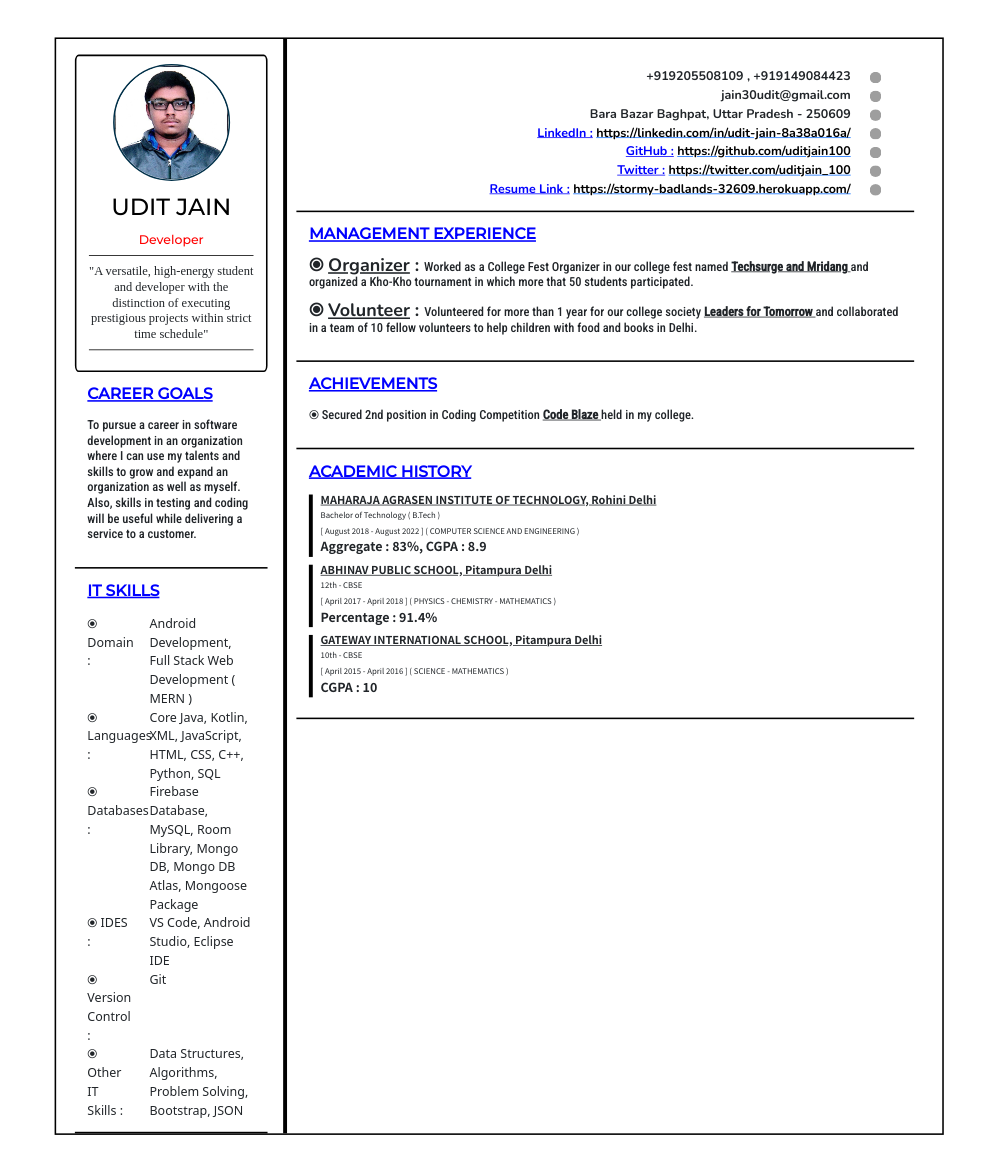
Repository: uditjain100/Resume
Page: app.html
The author's editor kept a copy of each file at every save. The page is drawn from the files as they stood at one save, then again after the next save.
The browser window is 1280 px wide. The pictures show the whole page, at 78% of full size.
Pictures or frames that could not be fetched are drawn as grey boxes. Some web fonts or font styles are not loaded; a fallback is used.

Above is the page before, as saved 2021-05-27 18:21:08.

### app.html
<!DOCTYPE html>
<html lang="en">
	<head>
		<meta charset="UTF-8" />
		<meta http-equiv="X-UA-Compatible" content="IE=edge" />
		<meta name="viewport" content="width=device-width, initial-scale=1.0" />
		<title>RESUME : Udit Jain</title>
		<link rel="stylesheet" href="app.css" />
		<script
			src="https://code.jquery.com/jquery-3.5.1.min.js"
			integrity="sha256-9/aliU8dGd2tb6OSsuzixeV4y/faTqgFtohetphbbj0="
			crossorigin="anonymous"
		></script>
		<link
			href="https://cdn.jsdelivr.net/npm/bootstrap@5.0.0-beta1/dist/css/bootstrap.min.css"
			rel="stylesheet"
			integrity="sha384-giJF6kkoqNQ00vy+HMDP7azOuL0xtbfIcaT9wjKHr8RbDVddVHyTfAAsrekwKmP1"
			crossorigin="anonymous"
		/>

		<link rel="preconnect" href="https://fonts.gstatic.com" />
		<link
			href="https://fonts.googleapis.com/css2?family=Montserrat:wght@300;500&display=swap"
			rel="stylesheet"
		/>
		<link
			href="https://fonts.googleapis.com/css2?family=Roboto+Condensed:wght@500&display=swap"
			rel="stylesheet"
		/>
		<link
			href="https://fonts.googleapis.com/css2?family=Spartan:wght@500&display=swap"
			rel="stylesheet"
		/>
		<link
			href="https://fonts.googleapis.com/css2?family=Red+Hat+Display&display=swap"
			rel="stylesheet"
		/>
		<link
			href="https://fonts.googleapis.com/css2?family=Ubuntu:wght@300&display=swap"
			rel="stylesheet"
		/>
		<link
			href="https://fonts.googleapis.com/css2?family=Quicksand:wght@700&display=swap"
			rel="stylesheet"
		/>
		<link
			href="https://fonts.googleapis.com/css2?family=Nunito:wght@700&display=swap"
			rel="stylesheet"
		/>
		<link
			href="https://fonts.googleapis.com/css2?family=Akaya+Kanadaka&display=swap"
			rel="stylesheet"
		/>
		<link
			href="https://fonts.googleapis.com/css2?family=Poppins:wght@400&display=swap"
			rel="stylesheet"
		/>
		<link
			href="https://fonts.googleapis.com/css2?family=Noto+Sans+JP&display=swap"
			rel="stylesheet"
		/>
	</head>
	<body>
		<main class="container row my-5 mx-auto" id="wholewindow">
			<section id="leftwindow" class="col-3">
				<article id="namebox">
					<img
						id="profileimg"
						src="profile.jpg"
						class="card-img-top"
						alt="..."
					/>
					<div class="card-body">
						<h3
							class="card-title"
							style="
								color: black;
								text-decoration: none;
								font-size: 30px;
								font-weight: 400;
							"
						>
							UDIT JAIN
						</h3>
						<h6 class="card-subtitle mx-auto">Developer</h6>
						<p id="summary">
							"A versatile, high-energy student and developer with the
							distinction of executing prestigious projects within strict time
							schedule"
						</p>
					</div>
				</article>
				<article class="card-body" id="goalbox">
					<h3 class="card-title">CAREER GOALS</h3>
					<p>
						To pursue a career in software development in an organization where
						I can use my talents and skills to grow and expand an organization
						as well as myself. Also, skills in testing and coding will be useful
						while delivering a service to a customer.
					</p>
				</article>
				<article id="itskillsbox">
					<div class="card-body">
						<h3 class="card-title">IT SKILLS</h3>
						<ul class="list-group">
							<li id="itskillsitem" class="row">
								<span class="col-4" id="que">⦿ Domain : </span>
								<span class="col-8" id="ans"
									>Android Development, Full Stack Web Development ( MERN
									)</span
								>
							</li>
							<li id="itskillsitem" class="row">
								<span class="col-4" id="que">⦿ Languages : </span>
								<span class="col-8" id="ans"
									>Core Java, Kotlin, XML, JavaScript, HTML, CSS, C++, Python,
									SQL</span
								>
							</li>
							<li id="itskillsitem" class="row">
								<span class="col-4" id="que">⦿ Databases : </span>
								<span class="col-8" id="ans"
									>Firebase Database, MySQL, Room Library, Mongo DB, Mongo DB
									Atlas, Mongoose Package</span
								>
							</li>
							<li id="itskillsitem" class="row">
								<span class="col-4" id="que">⦿ IDES : </span>
								<span class="col-8" id="ans"
									>VS Code, Android Studio, Eclipse IDE</span
								>
							</li>
							<li id="itskillsitem" class="row">
								<span class="col-4" id="que">⦿ Version Control : </span>
								<span class="col-8" id="ans">Git</span>
							</li>
							<li id="itskillsitem" class="row">
								<span class="col-4" id="que">⦿ Other IT Skills : </span>
								<span class="col-8" id="ans"
									>Data Structures, Algorithms, Problem Solving, Bootstrap,
									JSON</span
								>
							</li>
						</ul>
					</div>
				</article>
			</section>
			<section id="rightwindow" class="col-9">
				<article class="card-body" id="contactbox">
					<ul class="list-group">
						<li id="contactitem" class="row">
							<div class="col-11">+919205508109 , +919149084423</div>
							<div class="col-1">
								<img
									src="https://cdn.jsdelivr.net/npm/simple-icons@3.0.1/icons/android.svg"
									alt=""
								/>
							</div>
						</li>
						<li id="contactitem" class="row">
							<div class="col-11">jain30udit@gmail.com</div>
							<div class="col-1">
								<img
									src="https://cdn.jsdelivr.net/npm/simple-icons@3.0.1/icons/gmail.svg"
									alt=""
								/>
							</div>
						</li>
						<li id="contactitem" class="row">
							<div class="col-11">
								Bara Bazar Baghpat, Uttar Pradesh - 250609
							</div>
							<div class="col-1">
								<img
									src="https://cdn.jsdelivr.net/npm/simple-icons@3.0.1/icons/googlemaps.svg"
									alt=""
								/>
							</div>
						</li>
						<li id="contactitem" class="row">
							<div class="col-11">
								<span>LinkedIn :</span>
								<a href="https://linkedin.com/in/udit-jain-8a38a016a/"
									><span id="link"
										>https://linkedin.com/in/udit-jain-8a38a016a/</span
									></a
								>
							</div>
							<div class="col-1">
								<img
									src="https://cdn.jsdelivr.net/npm/simple-icons@4.13.0/icons/linkedin.svg"
									alt=""
								/>
							</div>
						</li>
						<li id="contactitem" class="row">
							<div class="col-11">
								<span>GitHub :</span>
								<a href="https://github.com/uditjain100"
									><span id="link">https://github.com/uditjain100</span></a
								>
							</div>
							<div class="col-1">
								<img
									src="https://cdn.jsdelivr.net/npm/simple-icons@4.13.0/icons/github.svg"
									alt=""
								/>
							</div>
						</li>
						<li id="contactitem" class="row">
							<div class="col-11">
								<span>Twitter :</span>
								<a href="https://twitter.com/uditjain_100"
									><span id="link">https://twitter.com/uditjain_100</span></a
								>
							</div>
							<div class="col-1">
								<img
									src="https://cdn.jsdelivr.net/npm/simple-icons@4.13.0/icons/twitter.svg"
									alt=""
								/>
							</div>
						</li>
						<li id="contactitem" class="row">
							<div class="col-11">
								<span>Resume Link :</span>
								<a href="https://stormy-badlands-32609.herokuapp.com/"
									><span id="link"
										>https://stormy-badlands-32609.herokuapp.com/</span
									></a
								>
							</div>
							<div class="col-1">
								<img
									src="https://cdn.jsdelivr.net/npm/simple-icons@4.13.0/icons/webpack.svg"
									alt=""
								/>
							</div>
						</li>
					</ul>
				</article>

				<article class="card-body" id="managementskillsbox">
					<h3 class="card-title">MANAGEMENT EXPERIENCE</h3>
					<ul class="list-group">
						<li id="managementskillsitem">
							<p>
								<span id="tag">⦿ <span>Organizer</span> : </span>
								Worked as a College Fest Organizer in our college fest named
								<span style="font-weight: 700; text-decoration: underline"
									>Techsurge and Mridang
								</span>
								and organized a Kho-Kho tournament in which more that 50
								students participated.
							</p>
						</li>
						<li id="managementskillsitem">
							<p>
								<span id="tag">⦿ <span>Volunteer</span> : </span>
								Volunteered for more than 1 year for our college society
								<span style="font-weight: 700; text-decoration: underline"
									>Leaders for Tomorrow </span
								>and collaborated in a team of 10 fellow volunteers to help
								children with food and books in Delhi.
							</p>
						</li>
					</ul>
				</article>

				<article class="card-body" id="achievementsbox">
					<h3 class="card-title">ACHIEVEMENTS</h3>
					<ul class="list-group">
						<li id="achievementitem" class="row">
							<p>
								⦿ Secured 2nd position in Coding Competition
								<span style="font-weight: 700; text-decoration: underline"
									>Code Blaze
								</span>
								held in my college.
							</p>
						</li>
					</ul>
				</article>

				<article class="card-body" id="educationbox">
					<h3 class="card-title">ACADEMIC HISTORY</h3>
					<ul class="list-group">
						<li id="educationitem">
							<h6 id="institutename">
								MAHARAJA AGRASEN INSTITUTE OF TECHNOLOGY, Rohini Delhi
							</h6>
							<h6 id="stream">Bachelor of Technology ( B.Tech )</h6>
							<h6 id="subjects">
								[ August 2018 - August 2022 ] ( COMPUTER SCIENCE AND ENGINEERING
								)
							</h6>
							<h6 id="marks">Aggregate : 83%, CGPA : 8.9</h6>
						</li>
						<li id="educationitem">
							<h6 id="institutename">ABHINAV PUBLIC SCHOOL, Pitampura Delhi</h6>
							<h6 id="stream">12th - CBSE</h6>
							<h6 id="subjects">
								[ April 2017 - April 2018 ] ( PHYSICS - CHEMISTRY - MATHEMATICS
								)
							</h6>
							<h6 id="marks">Percentage : 91.4%</h6>
						</li>
						<li id="educationitem">
							<h6 id="institutename">
								GATEWAY INTERNATIONAL SCHOOL, Pitampura Delhi
							</h6>
							<h6 id="stream">10th - CBSE</h6>
							<h6 id="subjects">
								[ April 2015 - April 2016 ] ( SCIENCE - MATHEMATICS )
							</h6>
							<h6 id="marks">CGPA : 10</h6>
						</li>
					</ul>
				</article>
			</section>
		</main>
	</body>
</html>

### app.css
/* * Common Section */

@keyframes transitionIn {
	from {
		opacity: 0;
		transform: rotateY(-10deg);
	}
	to {
		opacity: 1;
		transform: rotateY(0);
	}
}

html {
	animation: transitionIn 1s;
}

p {
	font-family: "Roboto Condensed", sans-serif;
	line-height: 20px;
}

ul {
	list-style: none;
}
article {
	border-bottom: 2px black solid;
}

.card {
	background-color: black;
}

.card-title {
	font-family: "Montserrat";
	color: blue;
	text-decoration: underline;
	font-weight: 900;
	font-size: 20px;
	padding-bottom: 10px;
	border: none;
}

.footer {
	position: -webkit-sticky;
	left: 0;
	bottom: 0;
	width: 100%;
	color: white;
	text-align: center;
	font-family: "Montserrat";
}

/*  ********************* resume work */

#wholewindow {
	border: 2px black solid;
	display: flex;
	flex-direction: row;
	flex-wrap: wrap;
	justify-content: space-evenly;
	/* align-items: center; */
}

#leftwindow {
	border-right: 5px black solid;
	padding: 20px 20px 0px 0px;
	min-width: 250px;
}

#rightwindow {
	padding-top: 20px;
	min-width: 250px;
}

#namebox {
	display: flex;
	flex-direction: column;
	flex-wrap: wrap;
	align-items: center;
	text-align: center;
	font-family: "Montserrat";
	border: 2px black solid;
	border-radius: 2%;
}

#profileimg {
	width: 150px;
	height: 150px;
	border-radius: 50%;
	border: 2px #003049 solid;
	margin-top: 10px;
}
#summary {
	font-family: "Akaya Kanadaka";
	margin-top: 10px;
	margin-bottom: 10px;
	padding-top: 10px;
	padding-bottom: 10px;

	border-bottom: 1px black solid;
	border-top: 1px black solid;
}

.card-subtitle {
	color: red;
}

#managementskillsitem p {
	line-height: 20px;
}

#tag {
	font-family: "Nunito";
	font-size: 23px;
	font-weight: 900;
	text-align: left;
}

#tag span {
	text-decoration: underline;
}

li img {
	width: 15px;
	height: 15px;
	border-radius: 50%;
	margin-right: 5px;
}

#contactbox {
	border-bottom: 2px black solid;
}

#contactitem {
	font-family: "Nunito";
}

#contactitem .col-11 {
	text-align: end;
}

#contactitem .col-11 span {
	font-weight: 600;
	color: blue;
	text-decoration: underline;
}

#contactitem .col-11 a span {
	color: black;
	text-decoration: none;
}

#educationtitle {
	font-family: "Red Hat Display";
	font-weight: 200;
}

#educationitem,
#projectitem {
	margin-bottom: 10px;
	padding: 0px 0px 0px 10px;
	border-left: 5px black solid;
}

#educationbox {
	font-family: "Noto Sans JP";
}

#educationitem h6 {
	line-height: 12px;
}

#institutename {
	text-decoration: underline;
	font-weight: 800;
	font-size: 14px;
}

#timestamp {
	font-size: 10px;
}

#stream {
	font-size: 10px;
	font-weight: 400;
}

#subjects {
	font-size: 10px;
	font-weight: 300;
}

#marks {
	/* font-size: 15px; */
	font-weight: 700;
}

#projecttitle {
	font-family: "Red Hat Display";
	font-weight: 400;
}

#projectdetails {
	margin-left: 25px;
}

After the next save:
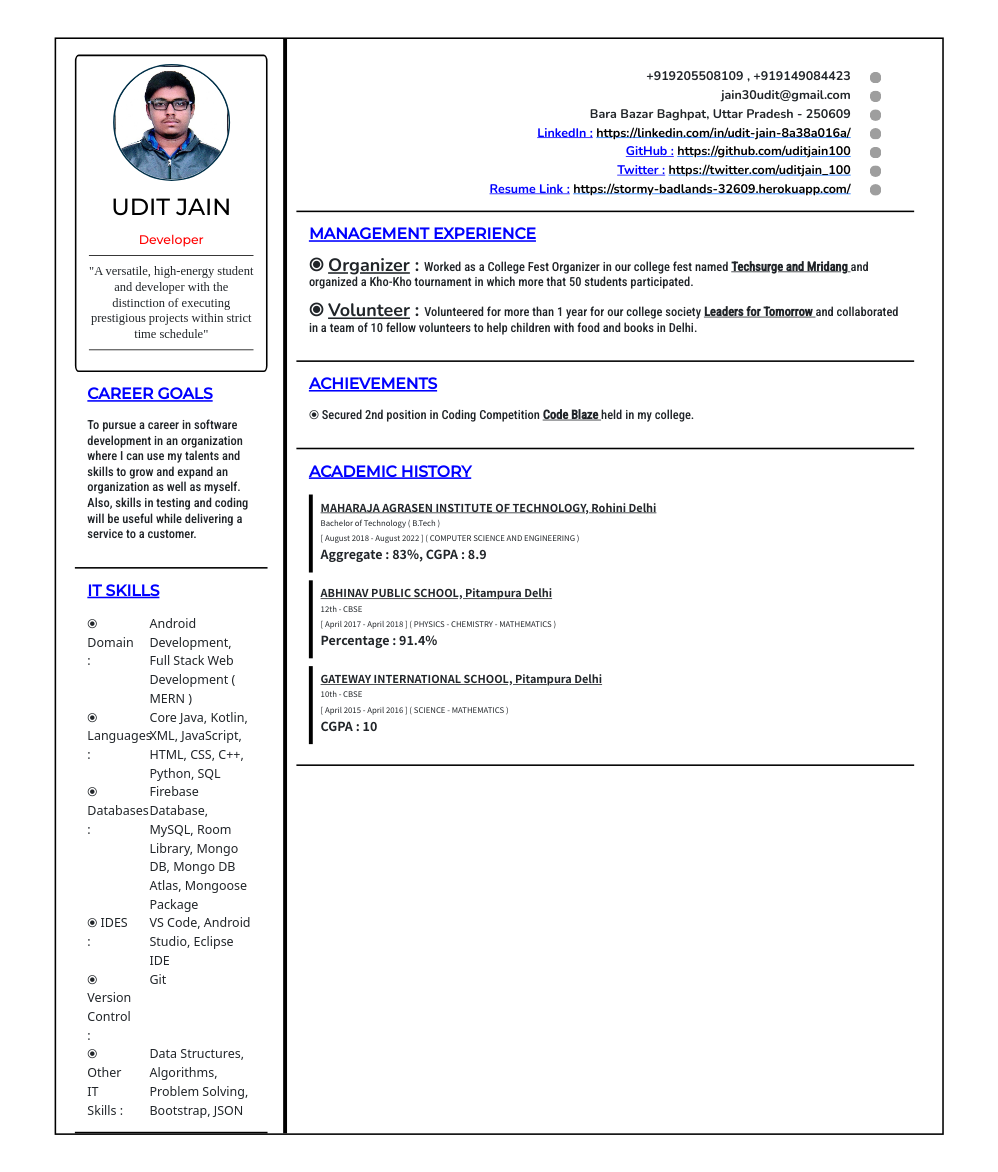
Saved 24 s later.
--- a/app.css
+++ b/app.css
@@ -159,7 +159,7 @@ li img {
 #educationitem,
 #projectitem {
 	margin-bottom: 10px;
-	padding: 0px 0px 0px 10px;
+	padding: 10px 0px 10px 10px;
 	border-left: 5px black solid;
 }
 
